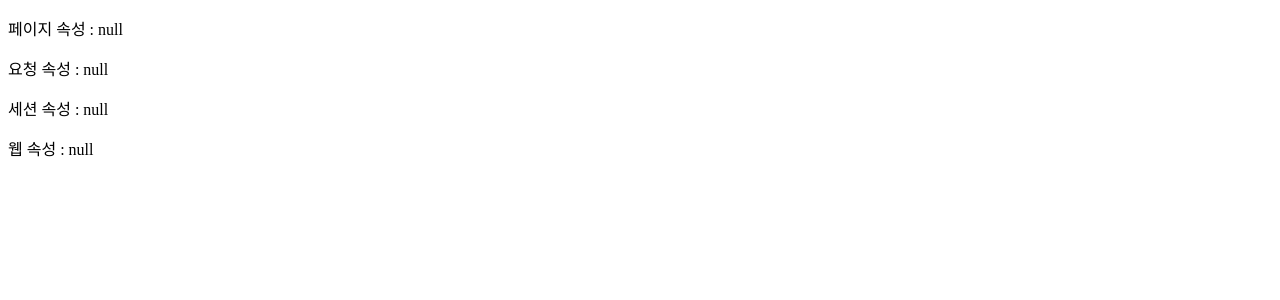
Repository: s00ngle/SSAFY-BE
Page: http://localhost/basic_jsp/SecondScope.jsp
These files come from the project's save history. The page is drawn as it stood at one moment and after the next save; the edit follows.
The browser window is 1280 px wide. The pictures show the whole page.
The page is served by Tomcat 10. The template is opened directly, without the code that normally fills it, so the values that code supplies are empty.

Above is the page before, as saved 2024-09-24 03:00:15.

After the next save:
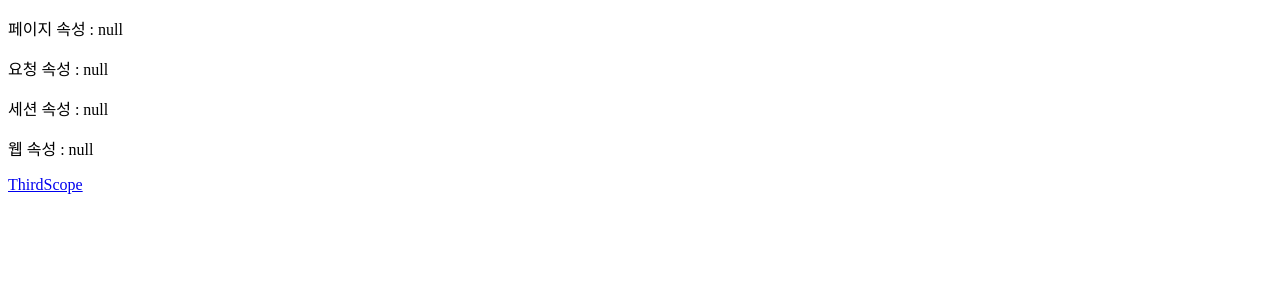
Saved 30 s later.
--- a/basic_jsp/src/main/webapp/SecondScope.jsp
+++ b/basic_jsp/src/main/webapp/SecondScope.jsp
@@ -11,5 +11,7 @@
 	<p>요청 속성 : <%= request.getAttribute("name") %> </p>
 	<p>세션 속성 : <%= session.getAttribute("name") %> </p>
 	<p>웹 속성 : <%= application.getAttribute("name") %> </p>
+
+	<a href="ThirdScope.jsp">ThirdScope</a>
 </body>
 </html>
